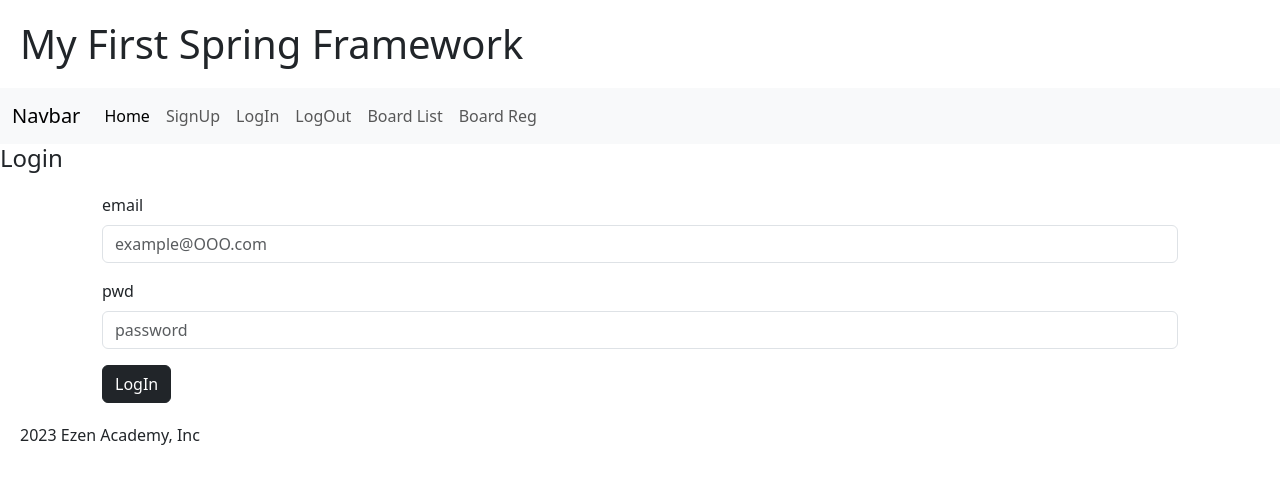
Repository: hayxxnekim/spring
Page: http://localhost/springProject/WEB-INF/views/member/login.jsp
These files come from the project's save history. The page is drawn as it stood at one moment and after the next save; the edit follows.
The browser window is 1280 px wide. The pictures show the whole page.
The page is served by Tomcat 9. Nobody is signed in. Other server files are loaded and not shown. The template is opened directly, without the code that normally fills it, so the values that code supplies are empty.

Above is the page before, as saved 2023-10-27 12:17:30.

### springProject/src/main/webapp/WEB-INF/views/member/login.jsp
<%@ page language="java" contentType="text/html; charset=UTF-8"
    pageEncoding="UTF-8"%>
<!DOCTYPE html>
<html>
<head>
<meta charset="UTF-8">
<title>Insert title here</title>
</head>
<body>
<jsp:include page="../common/header.jsp" />
<jsp:include page="../common/nav.jsp" />
<h4>Login</h4>
<div class="container">
<form action="/member/login" method="post">
	<div class="mb-3">
	  <label for="e" class="form-label">email</label>
	  <input type="email" class="form-control" name="email" id="e" placeholder="example@OOO.com">
	</div>
	<div class="mb-3">
	  <label for="p" class="form-label">pwd</label>
	  <input type="password" class="form-control" name="pwd" id="p" placeholder="password">
	</div>
	<button type="submit" class="btn btn-dark">LogIn</button>
</form>
</div>
<jsp:include page="../common/footer.jsp" />
</body>
</html>

### springProject/src/main/webapp/WEB-INF/views/common/header.jsp
<%@ page language="java" contentType="text/html; charset=UTF-8"
    pageEncoding="UTF-8"%>
<%@ taglib uri="http://java.sun.com/jsp/jstl/core" prefix="c" %>
<!DOCTYPE html>
<html>
<head>
<meta charset="UTF-8">
<title>Insert title here</title>
<link href="https://cdn.jsdelivr.net/npm/bootstrap@5.3.1/dist/css/bootstrap.min.css" rel="stylesheet" integrity="sha384-4bw+/aepP/YC94hEpVNVgiZdgIC5+VKNBQNGCHeKRQN+PtmoHDEXuppvnDJzQIu9" crossorigin="anonymous">
<script src="https://cdn.jsdelivr.net/npm/bootstrap@5.3.1/dist/js/bootstrap.bundle.min.js" integrity="sha384-HwwvtgBNo3bZJJLYd8oVXjrBZt8cqVSpeBNS5n7C8IVInixGAoxmnlMuBnhbgrkm" crossorigin="anonymous"></script>
<style type="text/css">
h1, p, h3, form{
margin: 20px;
}
</style>
</head>
<body>
<h1>My First Spring Framework</h1>
</body>
</html>

### springProject/src/main/webapp/WEB-INF/views/common/nav.jsp
<%@ page language="java" contentType="text/html; charset=UTF-8"
    pageEncoding="UTF-8"%>
<%@ taglib uri="http://java.sun.com/jsp/jstl/core" prefix="c" %>
<!DOCTYPE html>
<html>
<head>
<meta charset="UTF-8">
<title>Insert title here</title>
</head>
<body>
<nav class="navbar navbar-expand-lg bg-body-tertiary">
  <div class="container-fluid">
    <a class="navbar-brand" href="#">Navbar</a>
    <button class="navbar-toggler" type="button" data-bs-toggle="collapse" data-bs-target="#navbarSupportedContent" aria-controls="navbarSupportedContent" aria-expanded="false" aria-label="Toggle navigation">
      <span class="navbar-toggler-icon"></span>
    </button>
    <div class="collapse navbar-collapse" id="navbarSupportedContent">
      <ul class="navbar-nav me-auto mb-2 mb-lg-0">
        <li class="nav-item">
          <a class="nav-link active" aria-current="page" href="/">Home</a>
        </li>
        <li class="nav-item">
          <a class="nav-link" href="/member/register">SignUp</a>
        </li>
        <li class="nav-item">
          <a class="nav-link" href="/member/login">LogIn</a>
        </li>
                <li class="nav-item">
          <a class="nav-link" href="/member/logout">LogOut</a>
        </li>
        <li class="nav-item">
          <a class="nav-link" href="/board/list">Board List</a>
        </li>
        <li class="nav-item">
          <a class="nav-link" href="/board/register">Board Reg</a>
        </li>
      </ul>
    </div>
  </div>
</nav>


</body>
</html>

### springProject/src/main/webapp/WEB-INF/views/common/footer.jsp
<%@ page language="java" contentType="text/html; charset=UTF-8"
    pageEncoding="UTF-8"%>
<%@ taglib prefix="c" uri="http://java.sun.com/jsp/jstl/core" %>
<!DOCTYPE html>
<html>
<head>
<meta charset="UTF-8">
<title>Insert title here</title>
</head>
<body>
<!-- <div class="container my-4">
</div> -->
	<p>2023 Ezen Academy, Inc</p>
</body>
</html>

After the next save:
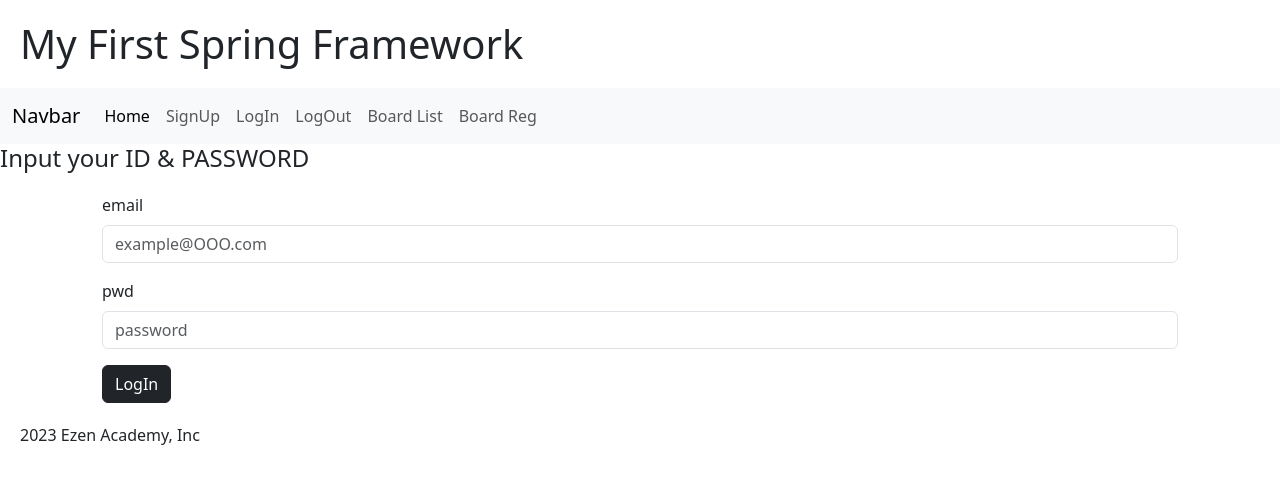
Saved 22 s later.
--- a/springProject/src/main/webapp/WEB-INF/views/member/login.jsp
+++ b/springProject/src/main/webapp/WEB-INF/views/member/login.jsp
@@ -9,7 +9,7 @@
 <body>
 <jsp:include page="../common/header.jsp" />
 <jsp:include page="../common/nav.jsp" />
-<h4>Login</h4>
+<h4>Input your ID & PASSWORD</h4>
 <div class="container">
 <form action="/member/login" method="post">
 	<div class="mb-3">
